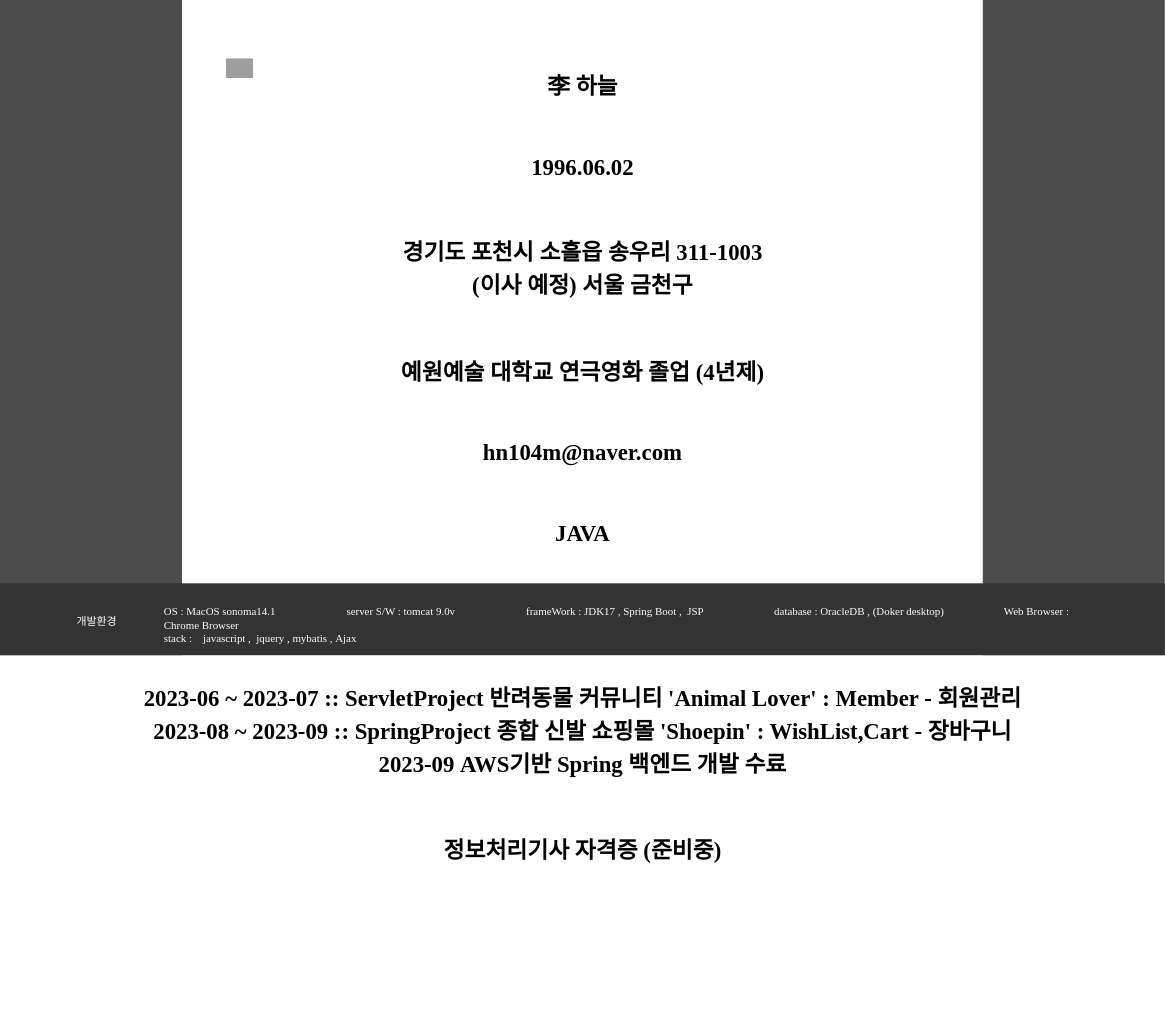
Repository: LeeHaNeul96/Leehaneul
Page: http://localhost/com.introduce/WEB-INF/views/more.jsp
The author's editor kept a copy of each file at every save. The page is drawn from the files as they stood at one save, then again after the next save.
The browser window is 1280 px wide. The pictures show the whole page, at 91% of full size.
Pictures or frames that could not be fetched are drawn as grey boxes. The page is served by Tomcat 9. Nobody is signed in. The template is opened directly, without the code that normally fills it, so the values that code supplies are empty.

Above is the page before, as saved 2023-10-31 10:29:16.

### com.introduce/src/main/webapp/WEB-INF/views/more.jsp
<%@ page language="java" contentType="text/html; charset=UTF-8"
    pageEncoding="UTF-8"%>
<!DOCTYPE html>
<html>
<head>
<meta charset="UTF-8">
<title>Insert title here</title>
<script src="https://code.jquery.com/jquery-3.6.0.min.js"></script>

<style type="text/css">
.footer {
	text-align: center;
	padding: 2em 0;
	background-color: #333;
	color: #fff;
	position: fixed;
	bottom: 0;
	left: 0; /* 왼쪽 위치를 0으로 설정합니다. */
	height: 15px;
	width: 100%;
	margin: 0; /* 마진을 0으로 설정합니다. */
}

.footer-dev {
	font-size: 12px;
	text-align: left;
	padding-left: 7em;
}

.footer-content {
	position: absolute; /* 절대 위치 설정 */
	top: 1em; /* 위쪽으로 1em 이동 */
	padding: 1em 8em; /* 양 옆 여백을 설정합니다. */
	height: 200px;
}

.container{
margin-top: 3em;
margin-bottom: 10em;

text-align: center;


}
.left-margin {
 background-color: rgba(0, 0, 0, 0.7); /* 알파 값을 조절하여 투명도 설정 */

    height: 100%;
    width: 200px; /* 원하는 너비로 조절하세요. */
    position: fixed;
    top: 0;
    left: 0;
    z-index: -1;
}

/* 오른쪽 여백 스타일 */
.right-margin {
 background-color: rgba(0, 0, 0, 0.7); /* 알파 값을 조절하여 투명도 설정 */
    height: 100%;
    width: 200px; /* 원하는 너비로 조절하세요. */
    position: fixed;
    top: 0;
    right: 0;
    z-index: -1;
}

h2 {
    font-size: 36px; /* 예를 들어, 원하는 크기로 설정 */
    transition: font-size 1s; /* 글씨 크기 변경에 애니메이션 적용 (선택사항) */
}
</style>
</head>
<body>
<script>
$(function() {
    // 모든 h2 태그를 선택하여 배열로 저장합니다.
    var $h2Elements = $("h2");

    // 초기에 모든 h2 태그의 크기를 설정합니다.
    $h2Elements.css("font-size", "36px");

    // 1초(1000 밀리초)마다 h2 태그 배열을 순회하면서 글꼴 크기를 작게 설정합니다.
    var index = 0;
    var interval = setInterval(function() {
        if (index < $h2Elements.length) {
            $h2Elements.eq(index).css("font-size", "25px");
            index++;
        } else {
            clearInterval(interval); // 모든 h2 태그를 처리하면 setInterval을 멈춥니다.
        }
    }, 20); // 1초마다 실행
});
</script>


<div class="left-margin"></div>
<div class="right-margin"></div>

<a href="/main/view"><img style="width:30px; text-align:left; margin-left:15em; margin-top: 3em; margin-bottom: -4em;" alt="" src="/images/free-icon-go-back-left-arrow-61022.png"></a>
<div class="container">
<h2>李 하늘</h2><br>
<h2>1996.06.02</h2><br>
<h2>경기도 포천시 소흘읍 송우리 311-1003<br>
(이사 예정) 서울 금천구
</h2><br>
<h2>예원예술 대학교 연극영화 졸업 (4년제)</h2><br>
<h2>hn104m@naver.com</h2><br>
<h2>JAVA</h2><br>
<h2>JavaScript  Jquery  myBatis  OracleDB</h2><br>
<h2>2023-06 ~ 2023-07 :: ServletProject 반려동물 커뮤니티 'Animal Lover' : Member - 회원관리<br>
2023-08 ~ 2023-09 :: SpringProject 종합 신발 쇼핑몰 'Shoepin' : WishList,Cart - 장바구니<br>
2023-09 AWS기반 Spring 백엔드 개발 수료
</h2><br>
<h2>정보처리기사 자격증 (준비중)<br>
</h2>

</div>



	<div class="footer">
		<div class="footer-dev">
			개발환경
			<div class="footer-content">
				OS : MacOS sonoma14.1
				&nbsp;&nbsp;&nbsp;&nbsp;&nbsp;&nbsp;&nbsp;&nbsp;&nbsp;&nbsp;&nbsp;&nbsp;&nbsp;&nbsp;&nbsp;&nbsp;&nbsp;&nbsp;&nbsp;&nbsp;&nbsp;&nbsp;&nbsp;&nbsp;
				server S/W : tomcat
				9.0v&nbsp;&nbsp;&nbsp;&nbsp;&nbsp;&nbsp;&nbsp;&nbsp;&nbsp;&nbsp;&nbsp;&nbsp;
				&nbsp;&nbsp;&nbsp;&nbsp;&nbsp;&nbsp;&nbsp;&nbsp;&nbsp;&nbsp;&nbsp;&nbsp;
				frameWork : JDK17&nbsp;,&nbsp;Spring Boot&nbsp;, &nbsp;JSP
				&nbsp;&nbsp;&nbsp;&nbsp;&nbsp;&nbsp;&nbsp;&nbsp;&nbsp;&nbsp;&nbsp;&nbsp;&nbsp;&nbsp;&nbsp;&nbsp;&nbsp;&nbsp;&nbsp;&nbsp;&nbsp;&nbsp;&nbsp;&nbsp;
				database : OracleDB&nbsp;,&nbsp;(Doker desktop)
				&nbsp;&nbsp;&nbsp;&nbsp;&nbsp;&nbsp;&nbsp;&nbsp;&nbsp;&nbsp;&nbsp;&nbsp;&nbsp;&nbsp;&nbsp;&nbsp;&nbsp;&nbsp;&nbsp;&nbsp;
				Web Browser : Chrome Browser<br> stack :&nbsp;&nbsp;&nbsp;
				javascript&nbsp;,&nbsp; jquery&nbsp;,&nbsp;mybatis&nbsp;,&nbsp;Ajax
			</div>
		</div>
	</div>
</body>
</html>

After the next save:
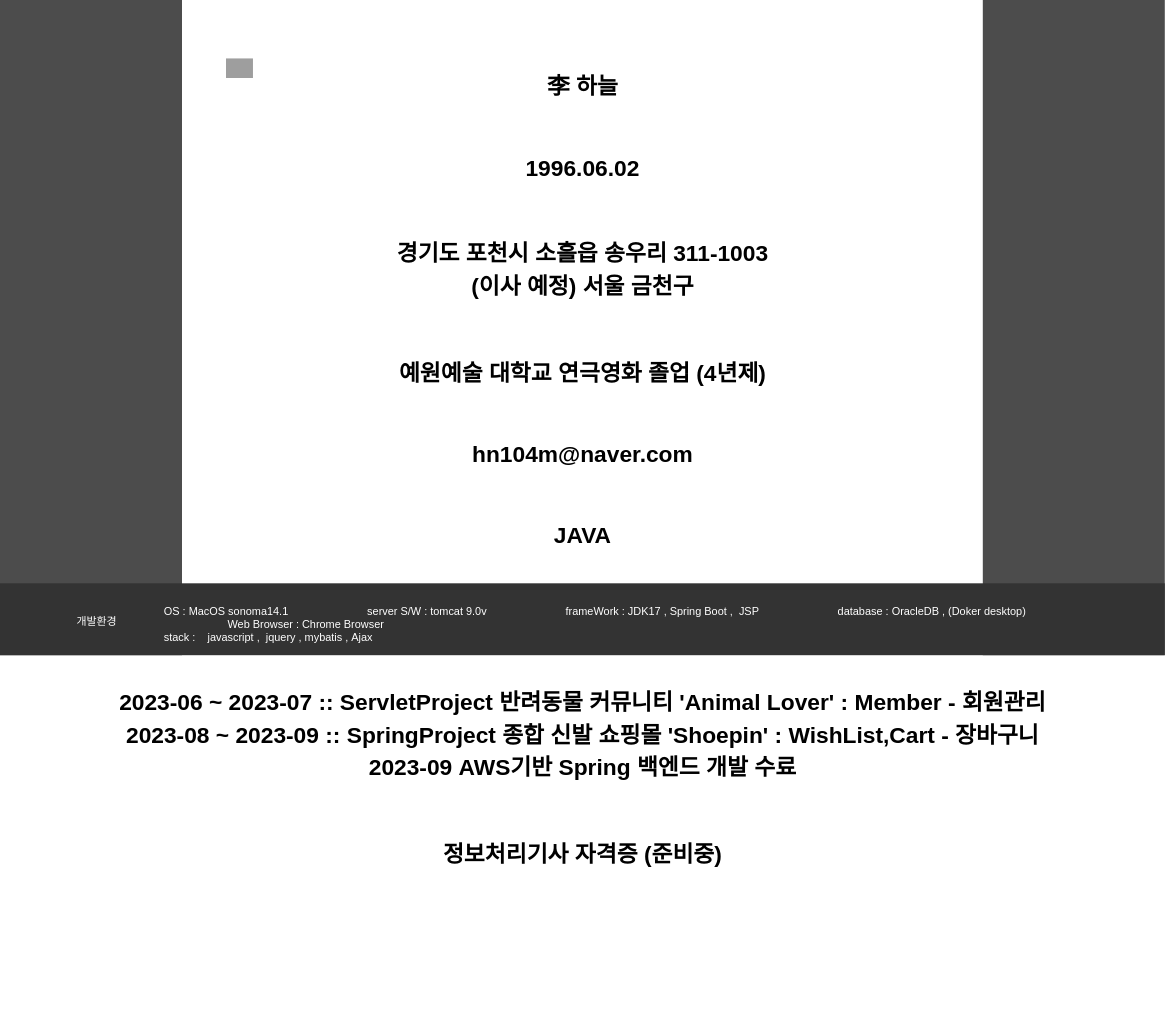
Saved 35 min 35 s later.
--- a/com.introduce/src/main/webapp/WEB-INF/views/more.jsp
+++ b/com.introduce/src/main/webapp/WEB-INF/views/more.jsp
@@ -7,7 +7,11 @@
 <title>Insert title here</title>
 <script src="https://code.jquery.com/jquery-3.6.0.min.js"></script>
 
+
 <style type="text/css">
+body{
+font-family: 'AppleSDGothicNeo', 'Noto Sans KR', sans-serif;
+}
 .footer {
 	text-align: center;
 	padding: 2em 0;
